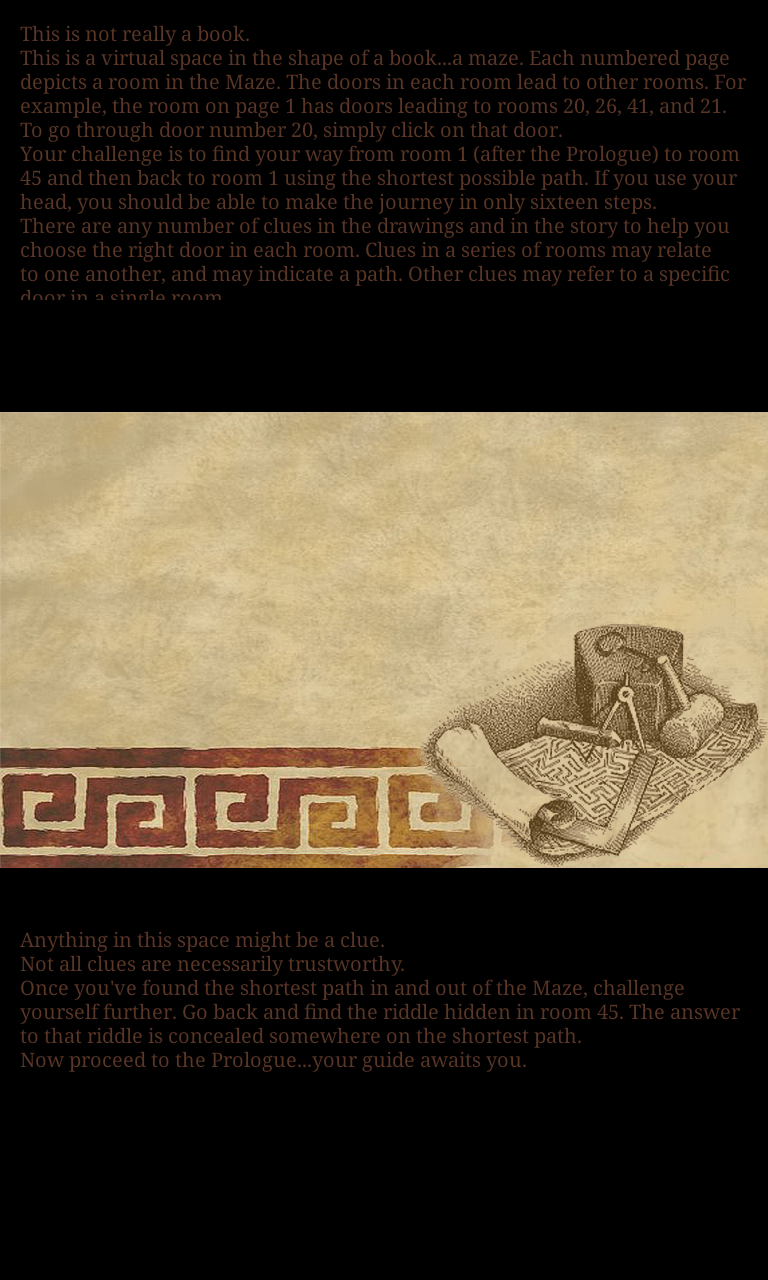
Repository: RandyLedbetter/maze
Layout: MazeTest/res/layout/activity_directions.xml
The author's editor kept a copy of each file at every save. The layout is drawn from the files as they stood at one save, then again after the next save.
It is drawn on a 768 x 1280 px phone screen (xhdpi) without system bars, with theme android:Theme.NoTitleBar.Fullscreen; the app's code is not run.

Above is the layout before, as saved 2014-04-25 01:21:46.

### MazeTest/res/layout/activity_directions.xml
<FrameLayout xmlns:android="http://schemas.android.com/apk/res/android"
     xmlns:tools="http://schemas.android.com/tools"
	 android:id="@+id/directions_frame"
	 android:layout_width="fill_parent"
	 android:layout_height="fill_parent"
	 android:background="@color/background" >
	<ImageView
	 android:id="@+id/maze_info_background"
	 android:layout_width="fill_parent"
	 android:layout_height="fill_parent"
	 android:scaleType="fitCenter"
	 android:contentDescription="@string/directions_description"
	 android:src="@drawable/maze_info_background"
	 />

 	<TextView
 	    android:layout_width="match_parent"
 	    android:layout_height="160dp"
 	    android:padding="10dp"
 	    android:paddingBottom="0dp"
 	    android:text="@string/directions1"
 	    android:textColor="#5A3627"
 	    android:textSize="@dimen/directions_text_size"
 	    android:typeface="serif" />

 	<TextView
 	    android:id="@+id/textView1"
 	    android:layout_width="match_parent"
 	    android:layout_height="wrap_content"
 	    android:layout_gravity="bottom"
 	    android:layout_marginBottom="82dp"
 	    android:padding="10dp"
 	    android:paddingBottom="0dp"
 	    android:text="@string/directions2"
 	    android:textColor="#5A3627"
 	    android:textSize="@dimen/directions_text_size"
 	    android:typeface="serif" />

</FrameLayout>

### MazeTest/res/values/values.xml
<?xml version="1.0" encoding="utf-8"?>
<resources>
    <color name="background">#000000</color>

</resources>

### MazeTest/res/values/strings.xml
<?xml version="1.0" encoding="utf-8"?>
<resources>

    <string name="app_name">MazeTest</string>
    <string name="action_settings">Settings</string>
    <string name="desc">Room Image</string>
    <string name="captions">Captions are not working if you see this string of text.</string>
    <string name="options_menu">Options</string>
    <string name="ok">OK</string>
    <string name="cancel">Cancel</string>
    <string name="author">Author: Christopher Manson</string>
    <string name="publisher">Publisher: Henry Holt and Company - 1985</string>
    <string name="developer1">Randy Ledbetter</string>
    <string name="developer2">Taylor Carrington</string>
    <string name="developer3">Jayd Saucedo</string>
    <string name="developers">Developers:</string>
    <string name="directions1">This is not really a book.\nThis is a virtual space in the shape of a book...a maze. Each numbered page depicts a room in the Maze. The doors in each room lead to other rooms. For example, the room on page 1 has doors leading to rooms 20, 26, 41, and 21. To go through door number 20, simply click on that door.\nYour challenge is to find your way from room 1 (after the Prologue) to room 45 and then back to room 1 using the shortest possible path. If you use your head, you should be able to make the journey in only sixteen steps.\nThere are any number of clues in the drawings and in the story to help you choose the right door in each room. Clues in a series of rooms may relate to one another, and may indicate a path. Other clues may refer to a specific door in a single room.\n</string>
    <string name="directions2">Anything in this space might be a clue.\nNot all clues are necessarily trustworthy.\nOnce you\'ve found the shortest path in and out of the Maze, challenge yourself further. Go back and find the riddle hidden in room 45. The answer to that riddle is concealed somewhere on the shortest path.\nNow proceed to the Prologue...your guide awaits you.\n</string>
    <string name="directions_description">This view contains directions for how to win MAZE</string>

</resources>

### MazeTest/res/values/dimens.xml
<resources>

    <!-- Default screen margins, per the Android Design guidelines. -->
    <dimen name="activity_horizontal_margin">16dp</dimen>
    <dimen name="activity_vertical_margin">16dp</dimen>
    <dimen name="font_size">12sp</dimen>
    <dimen name="captions_left_margin">140dp</dimen>
    <dimen name="captions_right_margin">50dp</dimen>
    <dimen name="captions_bottom_margin">30dp</dimen>
    <dimen name="captions_height">55dp</dimen>
    <dimen name="dashboard_btn_padding_right">40dp</dimen>
    <dimen name="dashboard_btn_text_size">18sp</dimen>
    <dimen name="directions_text_size">10sp</dimen>

</resources>

After the next save:
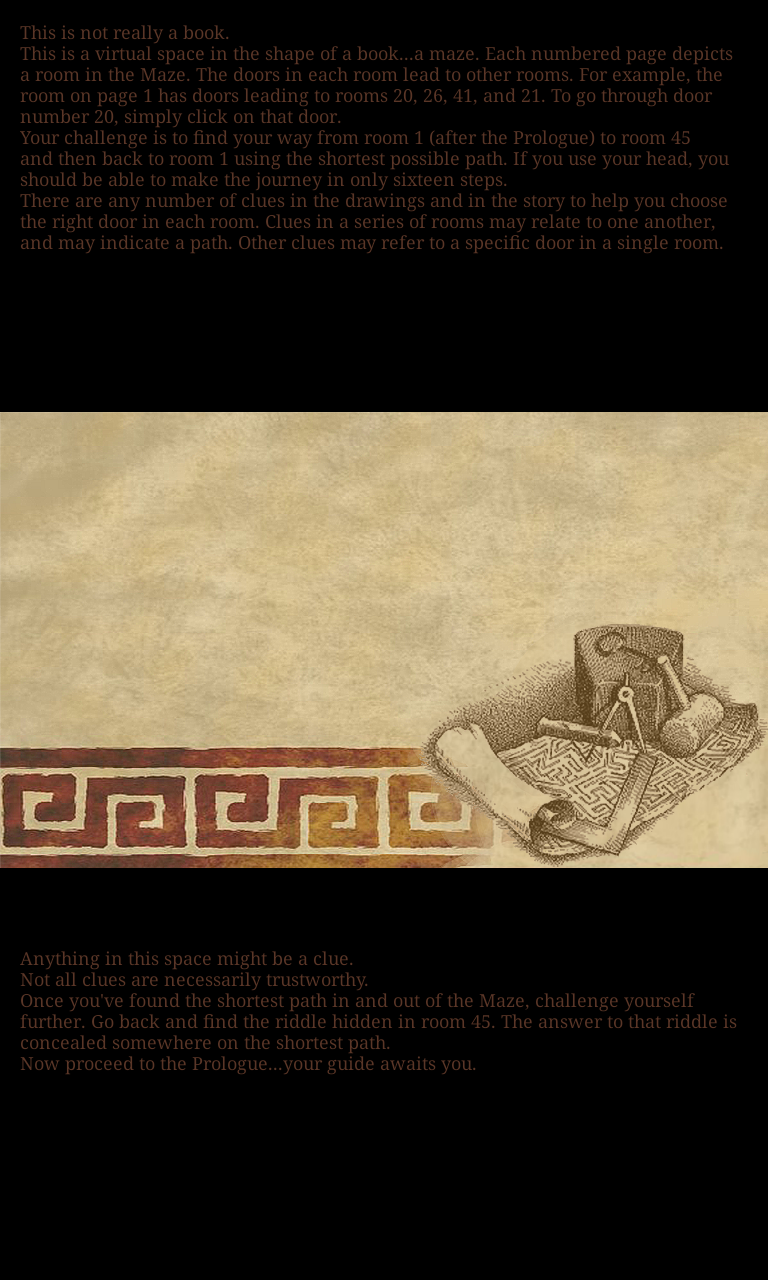
Saved 10 s later.
--- a/MazeTest/res/values/dimens.xml
+++ b/MazeTest/res/values/dimens.xml
@@ -10,6 +10,6 @@
     <dimen name="captions_height">55dp</dimen>
     <dimen name="dashboard_btn_padding_right">40dp</dimen>
     <dimen name="dashboard_btn_text_size">18sp</dimen>
-    <dimen name="directions_text_size">10sp</dimen>
+    <dimen name="directions_text_size">9sp</dimen>
 
 </resources>
